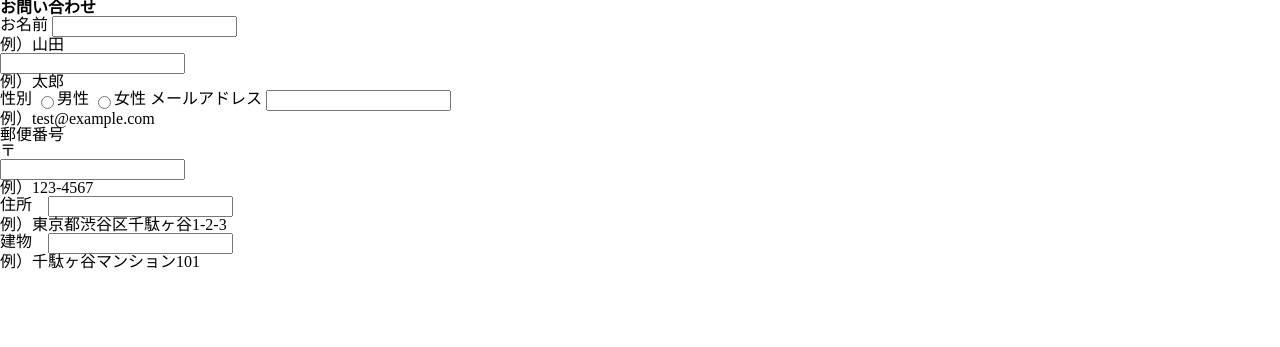
Repository: 1000sky/20220728majima
Page: resources/views/contact.blade.php
These files come from the project's save history. The page is drawn as it stood at one moment and after the next save; the edit follows.
The browser window is 1280 px wide. The pictures show the whole page.
The page is served by the project's Laravel application, run on PHP 8.4 with Laravel 8. The template is opened directly, without the code that normally fills it, so the values that code supplies are empty.

Above is the page before, as saved 2022-07-23 18:03:59.

After the next save:
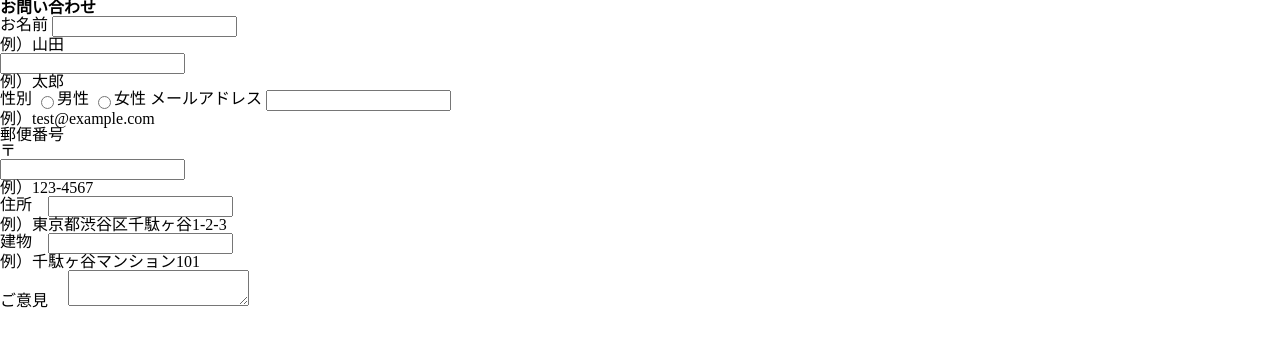
Saved 56 s later.
--- a/advance-test/resources/views/contact.blade.php
+++ b/advance-test/resources/views/contact.blade.php
@@ -33,7 +33,9 @@
         <label for="">
             建物　<input type="text"><p>例）千駄ヶ谷マンション101</p>
         </label>
-        <label for=""></label>
+        <label for="">
+            ご意見　 <textarea name="textarea" cols="" rows=""></textarea>
+        </label>
 
 
     </form>
